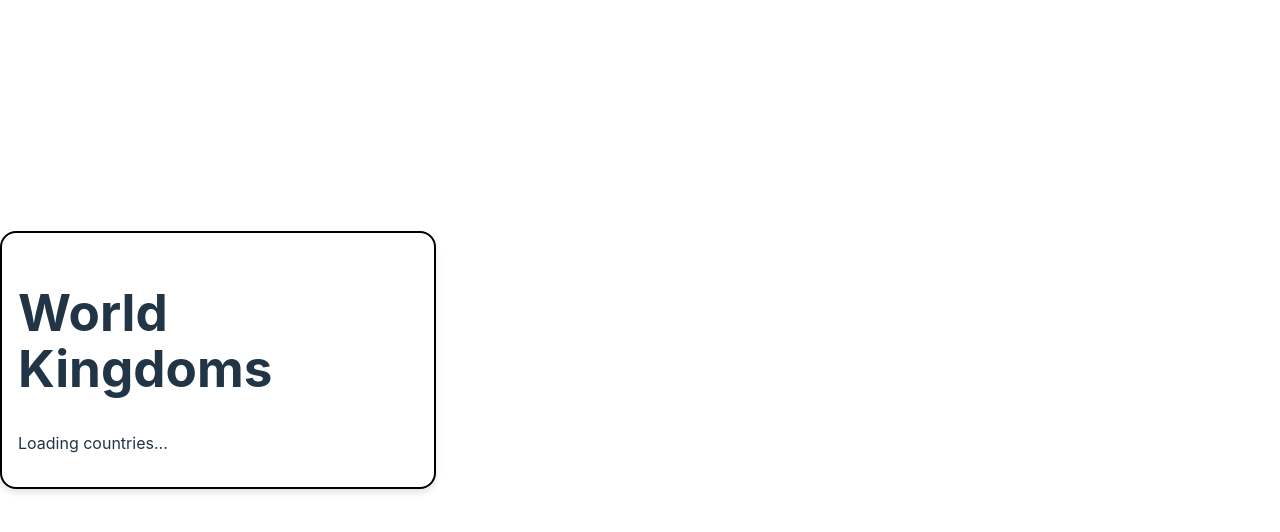
Repository: MelissaJacobi/lab-07
Page: /countries
These files come from the project's save history. The page is drawn as it stood at one moment and after the next save; the edit follows.
The browser window is 1280 px wide. The pictures show the whole page.
The page's requests for data from a server got no answer. The project was rebuilt for these pictures with package versions that can differ from the ones it lists, and the page was loaded fresh each time. No one was signed in, and anything a server would have sent is missing. Also part of the build but not shown: vite.config.js, src/components/Details.module.css, src/components/Details.jsx.

Above is the page before, as saved 2024-11-23 22:20:58.

### src/App.jsx
import { BrowserRouter as Router, Routes, Route } from "react-router-dom";
import Countries from "./components/Countries";
import Details from "./components/Details";

function App() {
  return (
    <Router>
      <Routes>
        <Route path="/" element={<Countries />}>
          <Route path="countries/:cca2" element={<Details />} />
        </Route>
        <Route path="countries" element={<Countries />} />
      </Routes>
    </Router>
  );
}

export default App;

### src/components/Countries.jsx
import { useEffect, useState } from "react";
import { useNavigate, Outlet } from "react-router-dom";
import styles from "./Countries.module.css"

const Countries = () => {
  const [countries, setCountries] = useState([]);
  const [loading, setLoading] = useState(true);
  const navigate = useNavigate();

  useEffect(() => {
    fetch("https://restcountries.com/v3.1/name/kingdom")
      .then((response) => response.json())
      .then((data) => {
        setCountries(data);
        setLoading(false);
      })
      .catch((error) => console.error("Error fetching data:", error));
  }, []);

  const handleSelection = (event) => {
    const selectedCountry = countries.find(
      (country) => country.cca2 === event.target.value
    );
    if (selectedCountry) {
      navigate(`/countries/${selectedCountry.cca2}`, { state: { data: selectedCountry } });
    }
  };

  return (
    <div className={styles.container}>
      <h1>World Kingdoms</h1>
      {loading ? (
        <p>Loading countries...</p>
      ) : (
        <select
          onChange={handleSelection}
          defaultValue=""
          className={styles.dropDown}
        >
          <option value="" disabled>
            Select a country
          </option>
          {countries.map((country) => (
            <option key={country.cca2} value={country.cca2}>
              {country.name.common}
            </option>
          ))}
        </select>
      )}
      <Outlet />
    </div>
  );
};

export default Countries;

### src/components/Countries.module.css
.container {
    width: 25rem;
    border: 2px solid black;
    margin: 1rem auto;
    padding: 1rem;
    border-radius: 1rem;
    box-shadow: 0 4px 6px rgba(0, 0, 0, 0.1);
}

.dropDown {
    width: 100%;
    padding: 10px 15px;
    border: 1px solid #ccc;
    border-radius: 8px;
    background-color: #f9f9f9;
    color: #333;
    font-size: 16px;
    cursor: pointer;
    appearance: none; /* Remove default browser styles */
    -webkit-appearance: none;
    -moz-appearance: none;
    transition: border-color 0.3s, box-shadow 0.3s;
}

Loaded but not shown: index.html (common file); src/main.jsx (common file); src/index.css (common file)

After the next save:
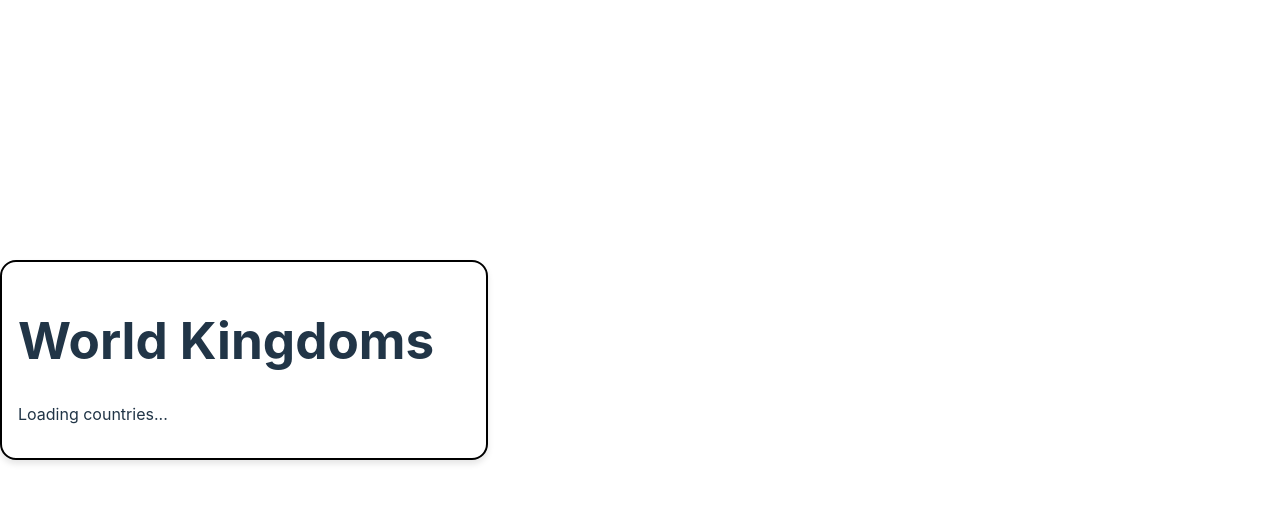
Saved 24 s later.
--- a/src/components/Countries.module.css
+++ b/src/components/Countries.module.css
@@ -1,5 +1,5 @@
 .container {
-    width: 25rem;
+    width: 100%;
     border: 2px solid black;
     margin: 1rem auto;
     padding: 1rem;
